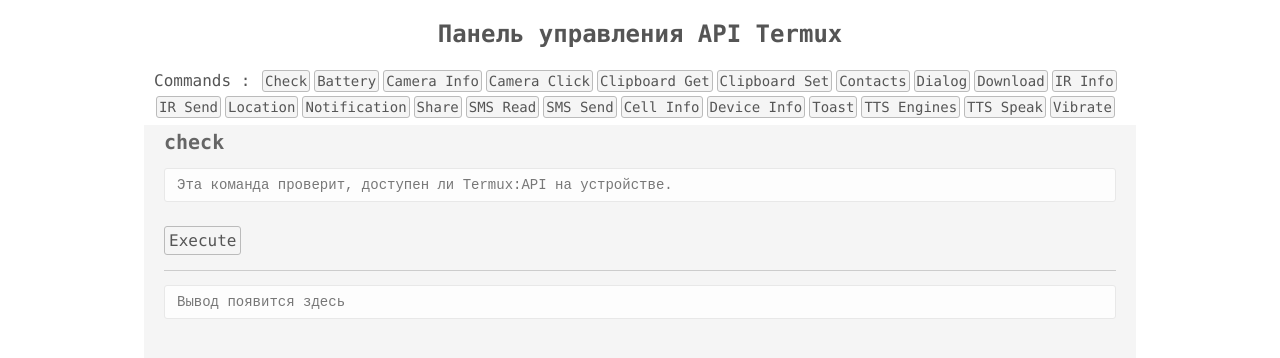
Repository: easy-quest/PHP-Termux-API
Page: http://localhost/api.php
These files come from the project's save history. The page is drawn as it stood at one moment and after the next save; the edit follows.
The browser window is 1280 px wide. The pictures show the whole page.
The page is run by PHP 8.4 with error messages shown; the project is at /var/www/html/.

Above is the page before, as saved 2021-12-02 01:38:51.

### api.php
<?php
if(isset($_REQUEST['command']) && isset($_REQUEST['param'])){
  /* Check if Termux:API is available */
  if($_REQUEST['command']=="check"){
    $test = shell_exec('termux-battery-status -h');
    if (substr($test, 0, 5) === 'Usage'){
      die("Termux:API is available");
    }
    else{
      die("Termux:API is not available");
    }
  }

  $command=$_REQUEST['command'];
  $param=$_REQUEST['param'];
  if(!$param==""){
    $response=shell_exec("$command $param");
  }
  else{
    $response=shell_exec("$command");
  }

  echo $response;
  exit();
}
?>
<!DOCTYPE html>
<html>
<head>
<meta name="viewport" content="width=device-width, initial-scale=1.0">
<style>
* {
  box-sizing: border-box;
}
.btn{
  background-color:#f5f5f5;
  display: inline-block;
  color: #555;
  text-align: center;
  border: solid 1px #bbb;
  border-radius:3px;
}
.btn:hover{
  cursor: pointer;
  background-color: #ddd;
}
pre{
  padding:8px 12px;
  overflow-x:scroll;
  border: 1px solid #e8e8e8;
  border-radius:3px;
  background-color:#fdfdfd;
  color:#777;
  font-size:14px
}
code{
  border: 0;
  padding-right: 0;
  padding-left: 0;
}
input{
  font-family:MonoSpace;
  color:#555;
  border:solid 1px #bbb;
  border-radius:4px;
  padding:4px;
  outline:none
}
.commands {
  max-width:992px;
  margin:auto;
  padding-left:10px;
  padding-right:10px;
}
.commands a {
  background-color:#f5f5f5;
  display: inline-block;
  color: #555;
  text-align: center;
  border: solid 1px #bbb;
  border-radius:3px;
  font-size:14px;
  color: #555;
  padding: 2px;
  margin:2px;
  text-decoration: none;
}
.commands a:hover{
  cursor: pointer;
  background-color: #ddd;
}
.execute{
  padding:4px;
  margin-top:10px;
}
.main {
  margin:auto;
  margin-top:5px;
  max-width:992px;
  padding:5px 20px;
  background:#f5f5f5;
  min-height:350px;
}
#photo-link{
  padding:4px;
  margin-top:5px;
  margin-bottom:50px;
  text-decoration:none;
}

@media only screen and (max-width:992px) {
  .commands, .main{
    width:100%;
  }
}
</style>
</head>
<body style="color:#555;font-family:Consolas, MonoSpace;margin:0px;">
  <h2 style="text-align:center">Панель управления API Termux</h2>
  <div class="commands">
    Commands :
    <a onclick="cmd(0)" href=#>Check</a><a onclick="cmd(1)" href=#>Battery</a><a onclick="cmd(2)" href=#>Camera Info</a><a onclick="cmd(3)" href=#>Camera Click</a><a onclick="cmd(4)" href=#>Clipboard Get</a><a onclick="cmd(5)" href=#>Clipboard Set</a><a onclick="cmd(6)" href=#>Contacts</a><a onclick="cmd(7)" href=#>Dialog</a><a onclick="cmd(8)" href=#>Download</a><a onclick="cmd(9)" href=#>IR Info</a><a onclick="cmd(10)" href=#>IR Send</a><a onclick="cmd(11)" href=#>Location</a><a onclick="cmd(12)" href=#>Notification</a><a onclick="cmd(13)" href=#>Share</a><a onclick="cmd(14)" href=#>SMS Read</a><a onclick="cmd(15)" href=#>SMS Send</a><a onclick="cmd(16)" href=#>Cell Info</a><a onclick="cmd(17)" href=#>Device Info</a><a onclick="cmd(18)" href=#>Toast</a><a onclick="cmd(19)" href=#>TTS Engines</a><a onclick="cmd(20)" href=#>TTS Speak</a><a onclick="cmd(21)" href=#>Vibrate</a>
  </div>
  <div class="main">
    <div id="command" style="color:#666;font-weight:bold;font-size:20px"></div>
    <pre style="white-space:pre-wrap;"><code id= "documentation"></code></pre>
    <div>
      <div id="param" style="margin-top:10px">
        <span style="">Enter parameters : </span>
        <input id="paramInput">
      </div>
      <div onclick="execute()" class="execute btn">Execute</div>
    </div>
    <div style="border-top:solid 1px #ccc;width:100%;height:1px;margin:auto;margin-top:15px;margin-bottom:5px;"></div>
    <pre><code id= "response"></code></pre>
  </div>

  <script>
  var api = {
    0:{command:"check",doc:"Эта команда проверит, доступен ли Termux:API на устройстве.",sampleParam:""},
    1:{command:"termux-battery-status",doc:"Usage: termux-battery-status\nGet the status of the device battery.",sampleParam:""},
    2:{command:"termux-camera-info",doc:"Usage: termux-camera-info\nGet information about device camera(s).",sampleParam:""},
    3:{command:"termux-camera-photo",doc:"Usage: termux-camera-photo [-c camera-id] output-file\nTake a photo and save it to a file in JPEG format.\n\n  -c camera-id  ID of the camera to use (see termux-camera-info), default: 0",sampleParam:"-c 0 photo.jpg"},
    4:{command:"termux-clipboard-get",doc:"Usage: termux-clipboard-get\nGet the system clipboard text.",sampleParam:""},
    5:{command:"termux-clipboard-set",doc:"Usage: termux-clipboard-set [text]\nSet the system clipboard text. The text to set is either supplied as arguments or read from stdin if no arguments are given.",sampleParam:"Hello"},
    6:{command:"termux-contact-list",doc:"Usage: termux-contact-list\nList all contacts.",sampleParam:""},
    7:{command:"termux-dialog",doc:"Usage: termux-dialog [-i hint] [-m] [-p] [-t title]\nShow a text entry dialog.\n\n  -i hint   the input hint to show when the input is empty\n  -m        use a textarea with multiple lines instead of a single\n  -p        enter the input as a password\n  -t title  the title to show for the input prompt",sampleParam:"-t Enter Something"},
    8:{command:"termux-download",doc:"Usage: termux-download [-d description] [-t title] url-to-download\nDownload a resource using the system download manager.\n\n  -d description  description for the download request notification\n  -t title        title for the download request notification",sampleParam:"-t Anupam http://g.jpg"},
    9:{command:"termux-infrared-frequencies",doc:"Usage: termux-infrared-frequencies\nQuery the infrared transmitter's supported carrier frequencies.",sampleParam:""},
    10:{command:"termux-infrared-transmit",doc:"Usage: termux-infrared-transmit -f frequency pattern\nTransmit an infrared pattern. The pattern is specified in comma-separated on/off intervals, such as '20,50,20,30'. Only patterns shorter than 2 seconds will be transmitted.\n\n  -f frequency  IR carrier frequency in Hertz",sampleParam:"-f 30000 20,50,20,30"},
    11:{command:"termux-location",doc:"usage: termux-location [-p provider] [-r request]\nGet the device location.\n\n  -p provider  location provider [gps/network/passive] (default: gps)\n  -r request   kind of request to make [once/last/updates] (default: once)",sampleParam:"-p gps -r once"},
    12:{command:"termux-notification",doc:"Usage: termux-notification [-c content] [-i id] [-t title] [-u url]\nDisplay a system notification.\n\n  -c content notification content to show\n  -i id      notification id (will overwrite any previous notification\n               with the same id)\n  -t title   notification title to show\n  -u url     notification url when clicking on it",sampleParam:"-c This is a notification -t Notification"},
    13:{command:"termux-share",doc:"Usage: termux-share [-a action] [-c content-type] [-d] [-t title] [file]\nShare a file specified as argument or the text received on stdin if no file argument is given.\n\n  -a action        which action to performed on the shared content:\n                     edit/send/view (default:view)\n  -c content-type  content-type to use (default: guessed from file extension,\n                     text/plain for stdin)\n  -d               share to the default receiver if one is selected\n                     instead of showing a chooser\n\n  -t title         title to use for shared content (default: shared file name)",sampleParam:"-a view photo.jpg"},
    14:{command:"termux-sms-inbox",doc:"Usage: termux-sms-inbox [-d] [-l limit] [-n] [-o offset]\nList received SMS messages.\n\n  -d         show dates when messages were created\n  -l limit   offset in sms list (default: 10)\n  -n         show phone numbers\n  -o offset  offset in sms list (default: 0)",sampleParam:"-l 10 -n -o 0"},
    15:{command:"termux-sms-send",doc:"Usage: termux-sms-send -n number[,number2,number3,...] [text]\nSend a SMS message to the specified recipient number(s). The text to send is either supplied as arguments or read from stdin if no arguments are given.\n\n  -n number(s)  recipient number(s) - separate multiple numbers by commas",sampleParam:"-n 1234567890 Hello"},
    16:{command:"termux-telephony-cellinfo",doc:"Usage: termux-telephony-cellinfo\nGet information about all observed cell information from all radios on the device including the primary and neighboring cells.",sampleParam:""},
    17:{command:"termux-telephony-deviceinfo",doc:"Usage: termux-telephony-deviceinfo\nGet information about the telephony device.",sampleParam:""},
    18:{command:"termux-toast",doc:"Usage: termux-toast [-s] [text]\nShow text in a Toast (a transient popup). The text to show is either supplied as arguments or read from stdin if no arguments are given.\n\n -s  only show the toast for a short while",sampleParam:"-s This is a toast"},
    19:{command:"termux-tts-engines",doc:"Usage: termux-tts-engines\nGet information about the available text-to-speech (TTS) engines. The name of an engine may be given to the termux-tts-speak command using the -e option.",sampleParam:""},
    20:{command:"termux-tts-speak",doc:"Usage: termux-tts-speak [-e engine] [-l language] [-p pitch] [-r rate] [-s stream] [text-to-speak]\nSpeak text with a system text-to-speech (TTS) engine. The text to speak is either supplied as arguments or read from stdin if no arguments are given.\n\n  -e engine    TTS engine to use (see termux-tts-engines)\n  -l language  language to speak in (may be unsupported by the engine)\n  -p pitch     pitch to use in speech. 1.0 is the normal pitch,\n                 lower values lower the tone of the synthesized voice,\n                 greater values increase it.\n  -r rate      speech rate to use. 1.0 is the normal speech rate,\n                 lower values slow down the speech\n                 (0.5 is half the normal speech rate)\n                 while greater values accelerates it\n                 (2.0 is twice the normal speech rate).\n  -s stream    audio stream to use (default:NOTIFICATION), one of:\n                 ALARM, MUSIC, NOTIFICATION, RING, SYSTEM, VOICE_CALL",sampleParam:"-p 1.3 Hello How are you"},
    21:{command:"termux-vibrate",doc:"Usage: termux-vibrate [-d duration] [-f]\nVibrate the device.\n\n  -d duration  the duration to vibrate in ms (default:1000)\n  -f           force vibration even in silent mode",sampleParam:"-d 500"}
  }

  //default values
  var command = api[0].command;
  var param = "";
  var doc = api[0].doc;
  var msg = "Вывод появится здесь";

  document.getElementById("param").hidden= true;
  document.getElementById("response").innerHTML = msg;
  document.getElementById("command").innerHTML = command;
  document.getElementById("documentation").innerHTML = doc;

/** Function to select command and sampleParam*/
  function cmd(id=0){
    command = api[id].command;
    var doc = api[id].doc;
    var sampleParam = api[id].sampleParam;
    document.getElementById("documentation").innerHTML = doc;
    document.getElementById("command").innerHTML = command;
    document.getElementById("response").innerHTML = msg;
    var photoLink = document.getElementById("photo-link");
    if(photoLink){
      photoLink.parentNode.removeChild(photoLink);
    }
    if(sampleParam==""){
      document.getElementById("param").hidden = true;
      document.getElementById("paramInput").value = "";
    }
    else{
      document.getElementById("param").hidden = false;
      document.getElementById("paramInput").value = sampleParam;
    }
  }

/** Function to send AJAX Request with command and param, then show the response*/
  function execute(){
    param = document.getElementById("paramInput").value;
    var xhttp = new XMLHttpRequest();
    xhttp.onreadystatechange = function() {
      if(this.readyState == 1){
        document.getElementById("response").innerHTML = "server connection established";
      }
      if(this.readyState == 2){
        document.getElementById("response").innerHTML = "request received";
      }
      if(this.readyState == 3){
        document.getElementById("response").innerHTML = "processing request";
      }
      if (this.readyState == 4 && this.status == 200) {
        document.getElementById("response").innerHTML = this.responseText;
        if(command=="termux-camera-photo"){
          var name = param.substring(5);
          var l = document.createElement("a");
          var text = document.createTextNode("View Image");
          l.appendChild(text);
          l.setAttribute("href",name);
          l.setAttribute("target","_blank");
          l.setAttribute("id","photo-link");
          l.setAttribute("class","btn");
          document.getElementById("response").parentElement.parentElement.appendChild(l);
        }
      }
    };
    xhttp.open("POST", "<?php echo basename(__FILE__);?>", true);
    xhttp.setRequestHeader("Content-type", "application/x-www-form-urlencoded");
    xhttp.send("command=" + command + "&param=" + param);
  }
  </script>
</body>
</html>

After the next save:
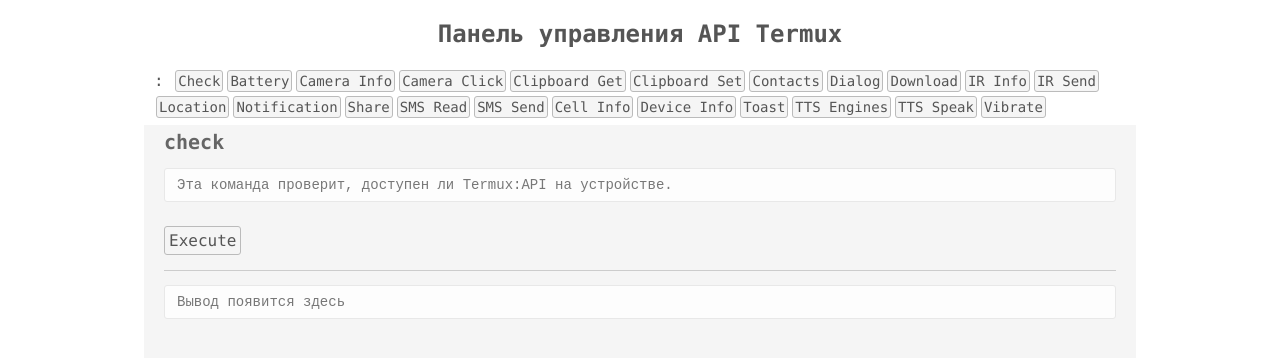
Saved 112 s later.
--- a/api.php
+++ b/api.php
@@ -118,7 +118,7 @@
 <body style="color:#555;font-family:Consolas, MonoSpace;margin:0px;">
   <h2 style="text-align:center">Панель управления API Termux</h2>
   <div class="commands">
-    Commands :
+     :
     <a onclick="cmd(0)" href=#>Check</a><a onclick="cmd(1)" href=#>Battery</a><a onclick="cmd(2)" href=#>Camera Info</a><a onclick="cmd(3)" href=#>Camera Click</a><a onclick="cmd(4)" href=#>Clipboard Get</a><a onclick="cmd(5)" href=#>Clipboard Set</a><a onclick="cmd(6)" href=#>Contacts</a><a onclick="cmd(7)" href=#>Dialog</a><a onclick="cmd(8)" href=#>Download</a><a onclick="cmd(9)" href=#>IR Info</a><a onclick="cmd(10)" href=#>IR Send</a><a onclick="cmd(11)" href=#>Location</a><a onclick="cmd(12)" href=#>Notification</a><a onclick="cmd(13)" href=#>Share</a><a onclick="cmd(14)" href=#>SMS Read</a><a onclick="cmd(15)" href=#>SMS Send</a><a onclick="cmd(16)" href=#>Cell Info</a><a onclick="cmd(17)" href=#>Device Info</a><a onclick="cmd(18)" href=#>Toast</a><a onclick="cmd(19)" href=#>TTS Engines</a><a onclick="cmd(20)" href=#>TTS Speak</a><a onclick="cmd(21)" href=#>Vibrate</a>
   </div>
   <div class="main">
